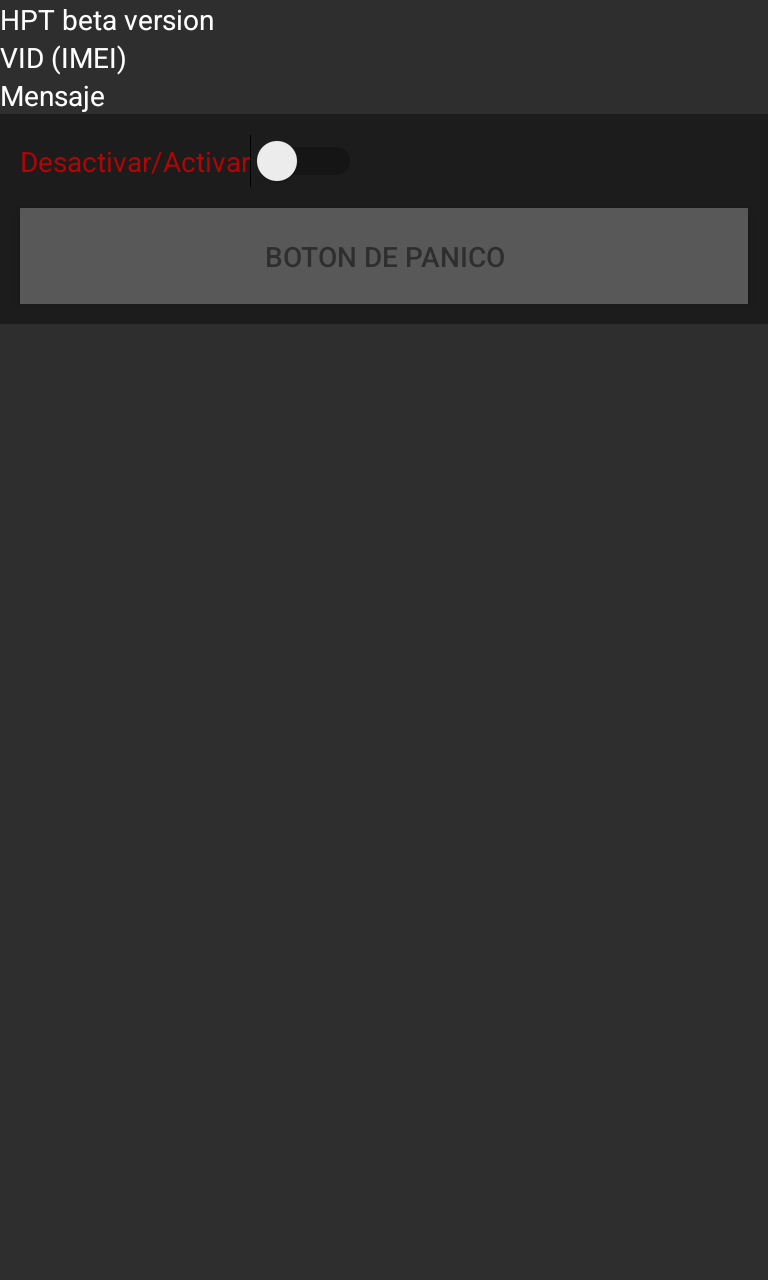
Repository: aludena18/android_apps
Layout: HunterPersonalTrack/res/layout/activity_main.xml
The author's editor kept a copy of each file at every save. The layout is drawn from the files as they stood at one save, then again after the next save.
It is drawn on a 768 x 1280 px phone screen (xhdpi) without system bars, with theme AppTheme; the app's code is not run.

Above is the layout before, as saved 2015-10-19 16:19:22.

After the next save:
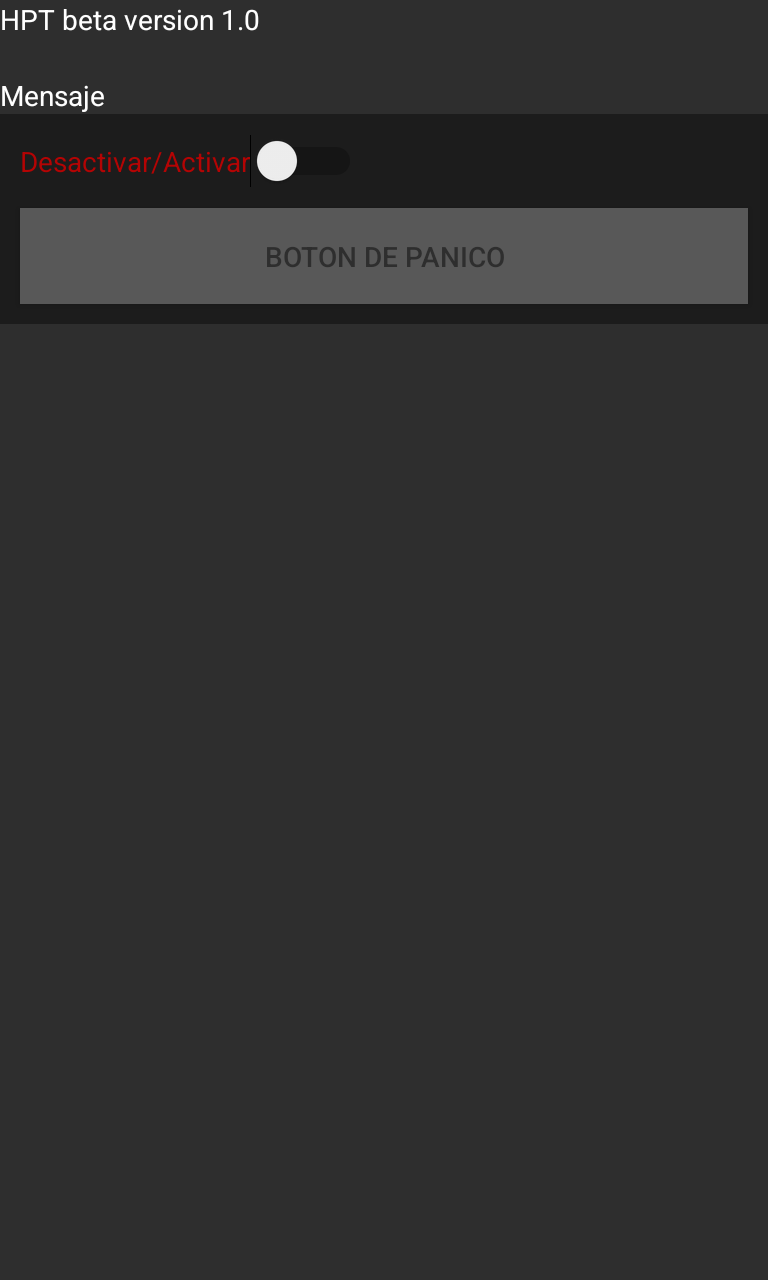
Saved 2 min 31 s later.
--- a/HunterPersonalTrack/res/values/strings.xml
+++ b/HunterPersonalTrack/res/values/strings.xml
@@ -2,12 +2,12 @@
 <resources>
 
     <string name="app_name">Hunter Personal Track</string>
-    <string name="hello_world">HPT beta version</string>
+    <string name="hello_world">HPT beta version 1.0</string>
     <string name="action_settings">Settings</string>
 
     <string name="etqSwtOnOff">Desactivar/Activar</string>
     <string name="etqBtnPanico">Boton de Panico</string>
     <string name="etqTxvMensaje">Mensaje</string>
-    <string name="etqTxvImei">VID (IMEI)</string>
+    <string name="etqTxvImei"></string>
 
 </resources>
